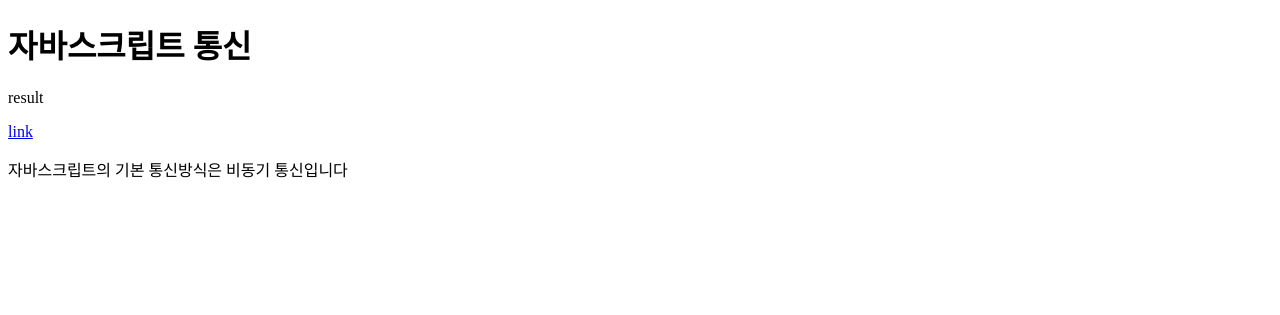
Repository: Lee-seongBeom/bitclass
Page: html08/WebContent/ex01.html
An editor plug-in stored every save of this project. The page is shown before and after the next save, followed by the edit.
The browser window is 1280 px wide. The pictures show the whole page.

Above is the page before, as saved 2020-07-17 03:19:28.

### html08/WebContent/ex01.html
<!DOCTYPE html>
<html>
<head>
<meta http-equiv="Content-Type" content="text/html; charset=UTF-8">
<title>Insert title here</title>
<style rel="stylesheet" type="text/css">
	h1+p{
		cursor:pointer;
	}

</style>

<script type="text/javascript">
	var xhr;
	var result;

	function io(){
		xhr=new XMLHttpRequest(); // 통신용 객체
		xhr.onreadystatechange=function(){

		};
		xhr.open('get','ex01.jsp'); // 통신정보
		xhr.send(); // 통신실행

	}



	window.onload=function(){
		result=document.querySelector("h1+p");
		io();
	};

</script>
</head>
<body>
	<h1>자바스크립트 통신</h1>
	<p>result</p>
	<p><a href="ex01.jsp">link</a></p>
	<p>자바스크립트의 기본 통신방식은 비동기 통신입니다</p>

</body>

</html>

After the next save:
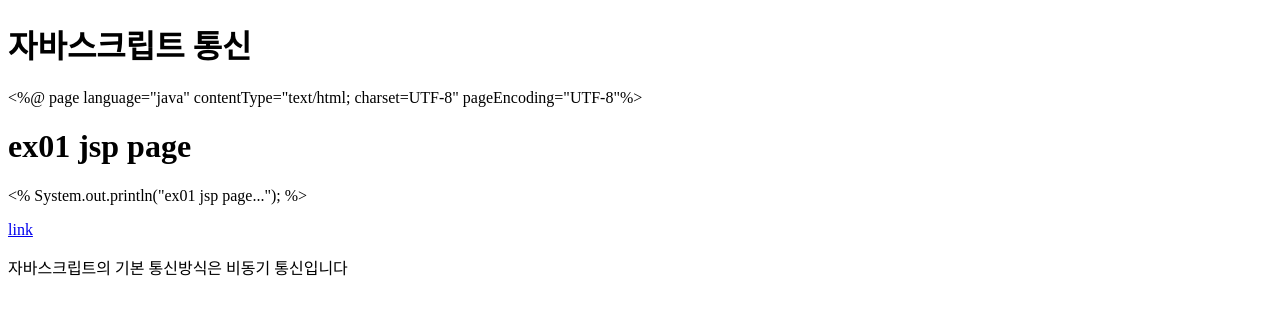
Saved 74 s later.
--- a/html08/WebContent/ex01.html
+++ b/html08/WebContent/ex01.html
@@ -17,7 +17,9 @@
 	function io(){
 		xhr=new XMLHttpRequest(); // 통신용 객체
 		xhr.onreadystatechange=function(){
+			var msg=xhr.responseText;
 
+			result.innerHTML=msg;
 		};
 		xhr.open('get','ex01.jsp'); // 통신정보
 		xhr.send(); // 통신실행
